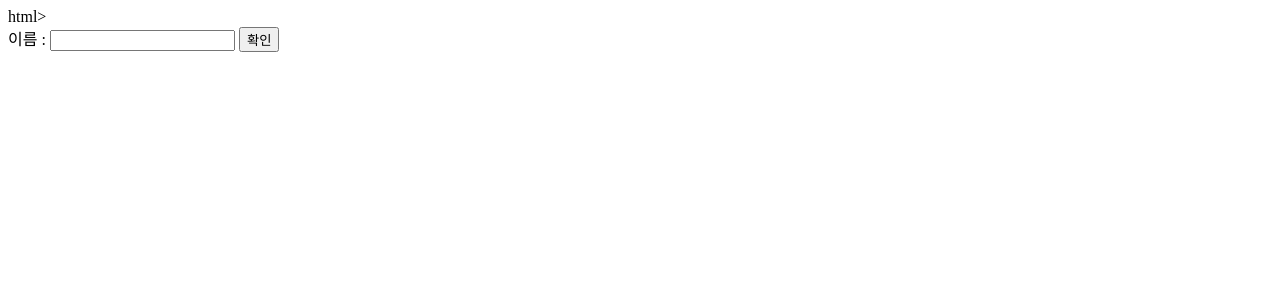
Repository: daelong/JavaStudy
Page: webproject/WebContent/YourName.html
These files come from the project's save history. The page is drawn as it stood at one moment and after the next save; the edit follows.
The browser window is 1280 px wide. The pictures show the whole page.

Above is the page before, as saved 2019-04-02 06:49:03.

### webproject/WebContent/YourName.html
html>
<head>
<meta charset="EUC-KR">
<title>이름 입력</title>
</head>
<body>
	<form action=/webproject/Hi.jsp>
		이름 : <input type=text name=YOURNAME>
		<input type=submit value='확인'>
	</form>
</body>
</html>

After the next save:
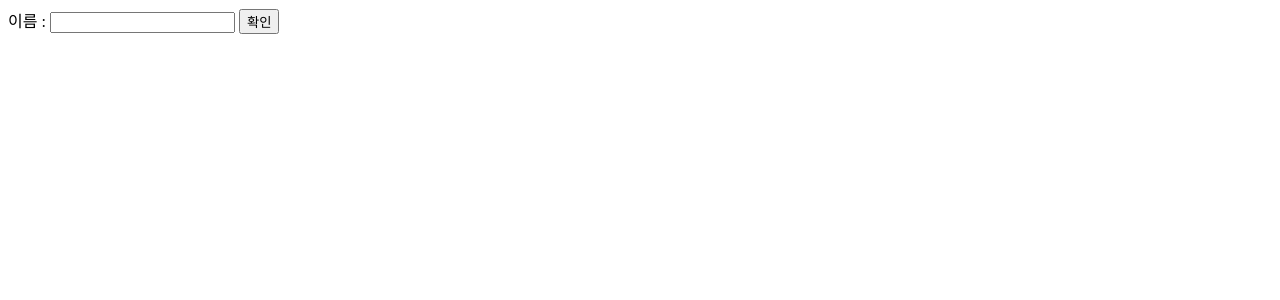
Saved 47 s later.
--- a/webproject/WebContent/YourName.html
+++ b/webproject/WebContent/YourName.html
@@ -1,4 +1,4 @@
-html>
+
 <head>
 <meta charset="EUC-KR">
 <title>이름 입력</title>
